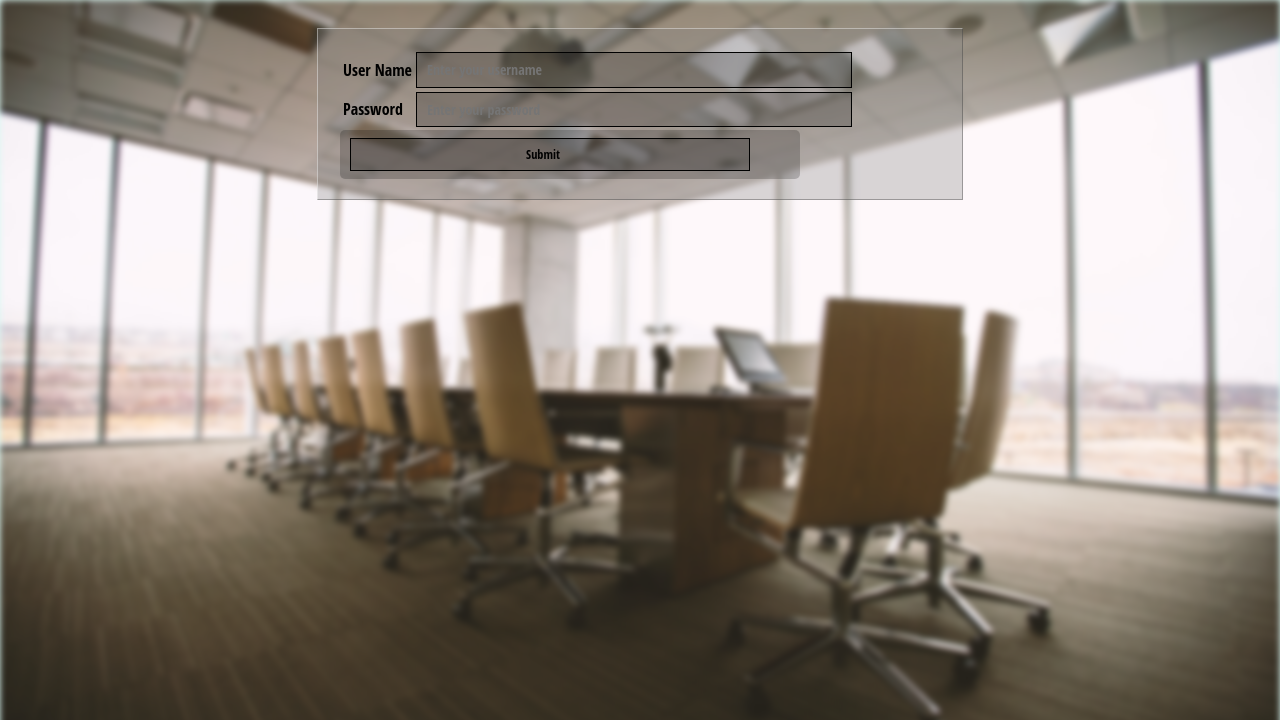
Repository: IT20643218/Employee-Management-System-OOP-Project-20-Y2S2
Page: http://localhost/EmployeeDemo/login.jsp
These files come from the project's save history. The page is drawn as it stood at one moment and after the next save; the edit follows.
The browser window is 1280 px wide. The pictures show the whole page.
Some web fonts or font styles are not loaded; a fallback is used. The page is served by Tomcat 9. Nobody is signed in. The application's start-up code is not run. Other server files are loaded and not shown.

Above is the page before, as saved 2021-09-30 12:59:00.

### Java_Project/EmployeeDemo/src/main/webapp/login.jsp
<%@ page language="java" contentType="text/html; charset=ISO-8859-1"
    pageEncoding="ISO-8859-1"%>
<!DOCTYPE html>
<html>
<head>
<meta charset="ISO-8859-1">
<title>Insert title here</title>
</head>
<link rel="stylesheet" href="style1.css">
<style>
@import url(https://fonts.googleapis.com/css?family=Open+Sans+Condensed:700);

body {
  background-color: #daf7f3;
  font-family: "Open Sans Condensed", sans-serif;

}

#bg {
  position: fixed;
  left: 0;
  top: 0;
  width: 100%;
  height: 100%;
  background: url(images/login.jpg) no-repeat center center fixed;
  background-size: cover;
  -webkit-filter: blur(3px);
}

form {
  position: relative;
  width: 600px;
  margin: 0 auto;
  background: rgba(130,130,130,.3);
  padding: 20px 22px;
  border: 1px solid;
  border-top-color: rgba(255,255,255,.4);
  border-left-color: rgba(255,255,255,.4);
  border-bottom-color: rgba(60,60,60,.4);
  border-right-color: rgba(60,60,60,.4);
}

form input, form button {
	width: 400px;
	border: 1px solid;
	background-color: rgba(0,0,0,.2);
  	background-repeat: no-repeat;
  	padding: 8px 24px 8px 10px;
  	font: bold .875em/1.25em "Open Sans Condensed", sans-serif;
}
#button{
	width: 400px;
	background-color: rgba(0,0,0,.2);
  	background-repeat: no-repeat;
  	padding: 8px 50px 8px 10px;
  	font: bold .875em/1.25em "Open Sans Condensed", sans-serif;
}


</style>
<body>
<div id="bg"></div>

<div>
	<form action="log" method="post">
	<table>
	<tr>
		<td>User Name</td>
		<td><input type="text" name="uid" placeholder="Enter your username" ></td>
	</tr>

	<tr>
		<td>Password</td>
		<td><input type="password" name="pass" placeholder="Enter your password" ></td>
	</tr>
	</table>

	<div id="button">
	<input type="submit" name="submit" value="Submit">
	</div>

	</form>
</div>
</body>
</html>

### Java_Project/EmployeeDemo/src/main/webapp/exstyle/style1.css
@charset "ISO-8859-1";
div {
  border-radius: 5px;
  background-color: #f2f2f2;
  padding: 20px;
}

After the next save:
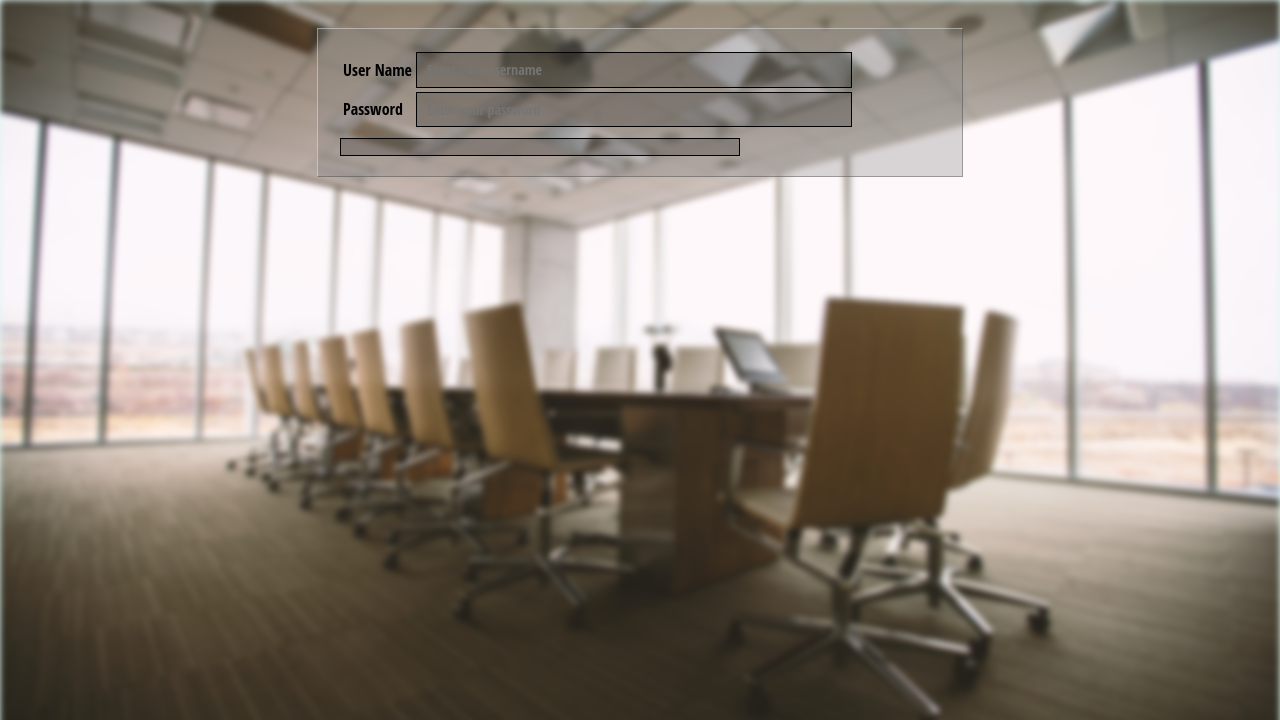
Saved 55 s later.
--- a/Java_Project/EmployeeDemo/src/main/webapp/login.jsp
+++ b/Java_Project/EmployeeDemo/src/main/webapp/login.jsp
@@ -48,13 +48,6 @@ form input, form button {
   	padding: 8px 24px 8px 10px;
   	font: bold .875em/1.25em "Open Sans Condensed", sans-serif;
 }
-#button{
-	width: 400px;
-	background-color: rgba(0,0,0,.2);
-  	background-repeat: no-repeat;
-  	padding: 8px 50px 8px 10px;
-  	font: bold .875em/1.25em "Open Sans Condensed", sans-serif;
-}
 
 
 </style>
@@ -75,9 +68,9 @@ form input, form button {
 	</tr>
 	</table>
 
-	<div id="button">
-	<input type="submit" name="submit" value="Submit">
-	</div>
+
+	<button type="submit" name="submit" value="Submit"></button>
+
 
 	</form>
 </div>
